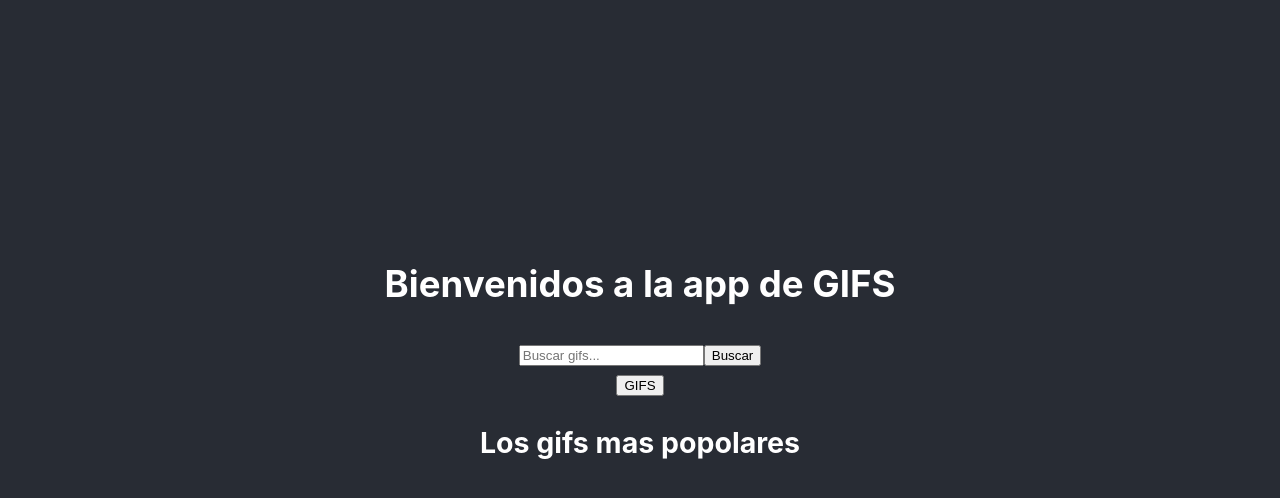
Repository: DamianBermudez94/buscador-gifs
Page: /
An editor plug-in stored every save of this project. The page is shown before and after the next save, followed by the edit.
The browser window is 1280 px wide. The pictures show the whole page.
The project was rebuilt for these pictures with package versions that can differ from the ones it lists, and the page was loaded fresh each time. Also part of the build but not shown: src/component/gifs.css, src/component/gif.js, src/api/urlApi.js, src/component/ListOfGifs.js.

Above is the page before, as saved 2022-10-10 18:57:15.

After the next save:
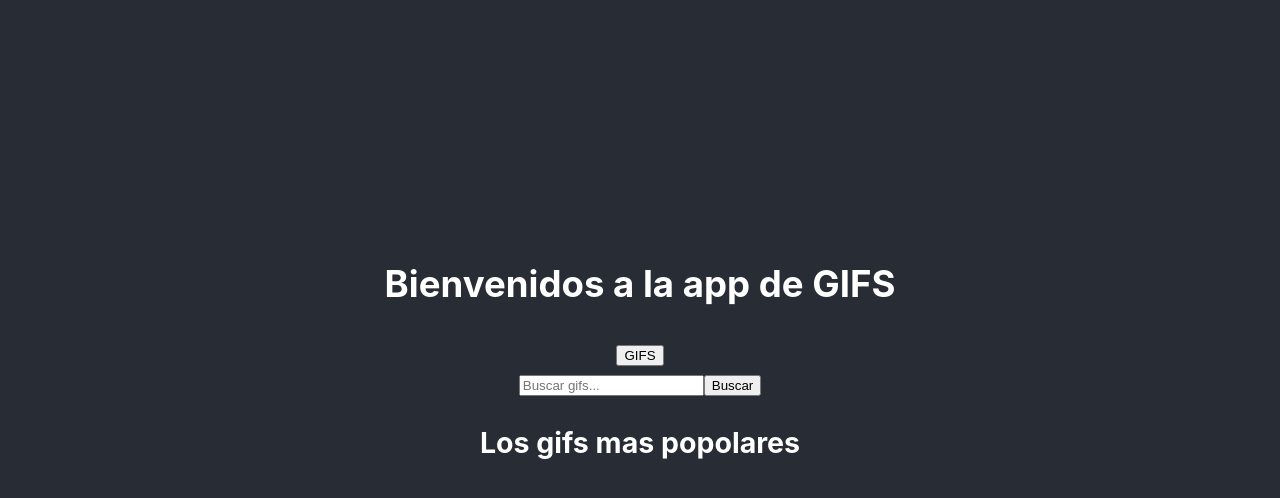
Saved 90 s later.
--- a/src/pages/home/index.js
+++ b/src/pages/home/index.js
@@ -18,13 +18,14 @@ export default function Home(){
     }
     return (
         <div>
+             <Link to="/">
+                <button>GIFS</button>
+            </Link>
             <form onSubmit={handleSubmit}>
                 <input placeholder="Buscar gifs..." onChange={handleChanche} type="text" value={keyword} />
                 <button>Buscar</button>
             </form>
-            <Link to="/">
-                <button>GIFS</button>
-            </Link>
+
             <h3 className="App-title">Los gifs mas popolares</h3>
             <ul>
                 {POPULAR_GIFS.map((popularesGifs)=>{
